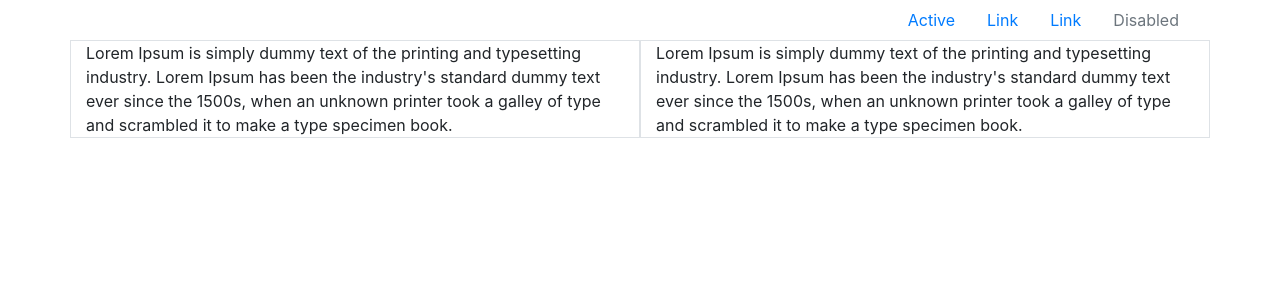
Repository: Green-Technologies-Angular/HTML
Page: index.html
These files come from the project's save history. The page is drawn as it stood at one moment and after the next save; the edit follows.
The browser window is 1280 px wide. The pictures show the whole page.

Above is the page before, as saved 2019-01-31 09:52:47.

After the next save:
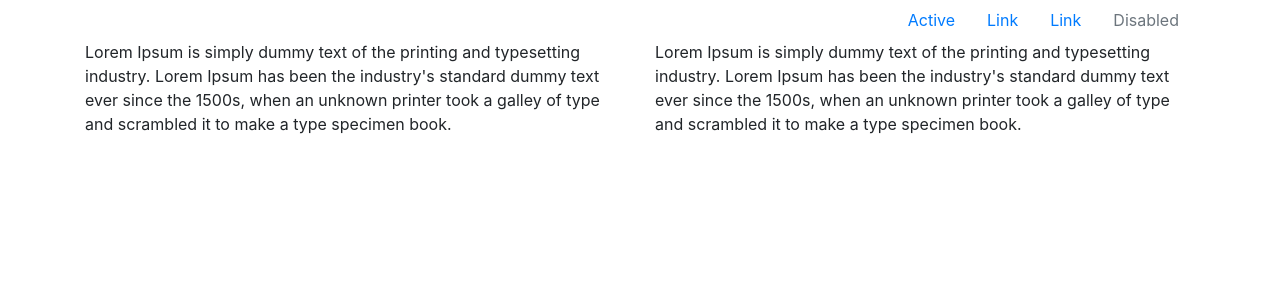
Saved 16 s later.
--- a/index.html
+++ b/index.html
@@ -32,12 +32,12 @@
             </li>
         </ul>
         <div class="row">
-            <div class="col-xl-6 border">
+            <div class="col-xl-6">
                 Lorem Ipsum is simply dummy text of the printing and typesetting industry. Lorem Ipsum has been the
                 industry's standard dummy text ever since the 1500s, when an unknown printer took a galley of type and
                 scrambled it to make a type specimen book.
             </div>
-            <div class="col-xl-6 border">
+            <div class="col-xl-6">
                 Lorem Ipsum is simply dummy text of the printing and typesetting industry. Lorem Ipsum has been the
                 industry's standard dummy text ever since the 1500s, when an unknown printer took a galley of type and
                 scrambled it to make a type specimen book.

After the 3 saves that followed:
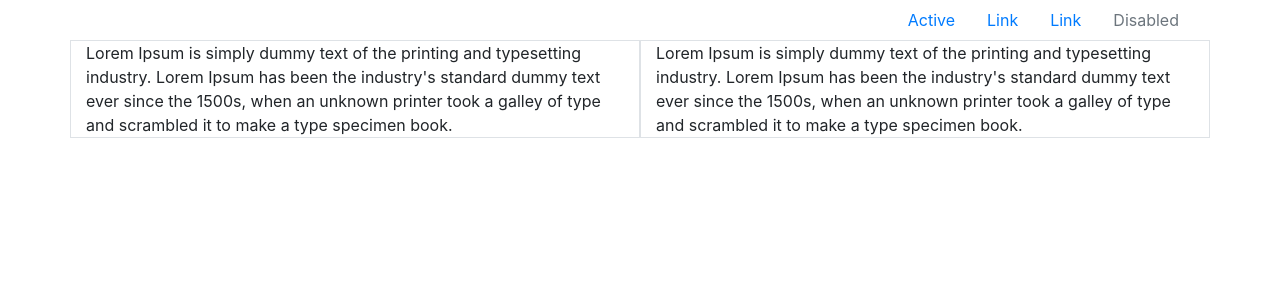
The 3 saves are shown as one change because 2 left the picture as it was.
The last was saved 94 s later.
--- a/index.html
+++ b/index.html
@@ -32,12 +32,12 @@
             </li>
         </ul>
         <div class="row">
-            <div class="col-xl-6">
+            <div class="col-xl-6 col-md-6 border">
                 Lorem Ipsum is simply dummy text of the printing and typesetting industry. Lorem Ipsum has been the
                 industry's standard dummy text ever since the 1500s, when an unknown printer took a galley of type and
                 scrambled it to make a type specimen book.
             </div>
-            <div class="col-xl-6">
+            <div class="col-xl-6 col-md-6 border">
                 Lorem Ipsum is simply dummy text of the printing and typesetting industry. Lorem Ipsum has been the
                 industry's standard dummy text ever since the 1500s, when an unknown printer took a galley of type and
                 scrambled it to make a type specimen book.
